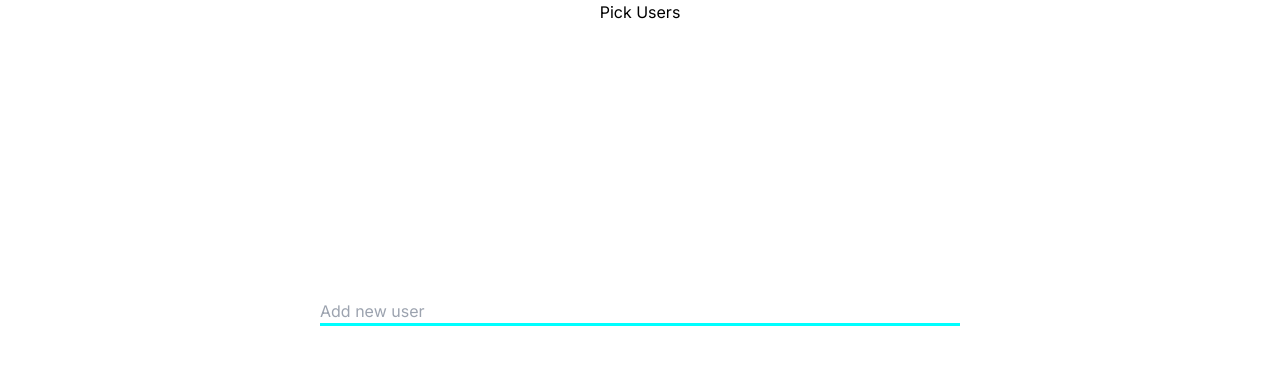
Repository: drumsmanku/chip-app
Page: /
An editor plug-in stored every save of this project. The page is shown before and after the next save, followed by the edit.
The browser window is 1280 px wide. The pictures show the whole page.
The project was rebuilt for these pictures with package versions that can differ from the ones it lists, and the page was loaded fresh each time. The framework's server and built-in components were replaced by stand-ins that run in the browser. Also part of the build but not shown: next.config.js, components/Chip/Chip.module.css, components/Chip/Chip.tsx.

Above is the page before, as saved 2024-01-16 22:06:16.

### app/page.tsx
import Image from 'next/image'
import HomePage from '@/pages/HomePage'

export default function Home() {
  return (
    <main className="flex h-[100vh]  flex-col items-center  bg-white text-black">
      <HomePage/>
    </main>
  )
}

### pages/HomePage.tsx
import React from 'react';
import ChipInput from '@/components/ChipInput/ChipInput';


const HomePage: React.FC = () => {
  const availableSuggestions = ["Alice", "Bob", "Charlie", "Dave"];
  const availableEmails = ["alice@gmail.com", "bob@gmail.com", "charlie@gmail.com", "dave@gmail.com"];
  return (
    <div className=' w-[100%] h-[100%] text-center '>
      <h1>Pick Users</h1>
      <ChipInput availableSuggestions={availableSuggestions} availableEmails={availableEmails}/>
    </div>
  );
};

export default HomePage;

### components/ChipInput/ChipInput.tsx
"use client";
import React, { useState } from 'react';
import Chip from '../Chip/Chip';
import styles from './ChipInput.module.css';

interface ChipInputProps {
  availableSuggestions: string[];
  availableEmails: string[];
}

const ChipInput: React.FC<ChipInputProps> = ({ availableSuggestions, availableEmails }) => {
  const [chips, setChips] = useState<string[]>([]);
  const [input, setInput] = useState('');
  const [filteredSuggestions, setFilteredSuggestions] = useState<string[]>(availableSuggestions);
  const [highlightedChipIndex, setHighlightedChipIndex] = useState<number | null>(null);
  const [isInputFocused, setInputFocused] = useState(false);
  const [isSelectingSuggestion, setSelectingSuggestion] = useState(false);


  const handleInputChange = (e: React.ChangeEvent<HTMLInputElement>) => {
    const value = e.target.value;
    setInput(value);
    setFilteredSuggestions(availableSuggestions.filter(s => s.toLowerCase().includes(value.toLowerCase()) && !chips.includes(s)));
    setHighlightedChipIndex(null);
  };

  const handleDeleteChip = (chipToDelete: string) => {
    setChips(chips.filter(chip => chip !== chipToDelete));
    setFilteredSuggestions([chipToDelete, ...filteredSuggestions]);

  };

  const handleSelectSuggestion = (suggestion: string) => {
    if (!chips.includes(suggestion)) {
      setChips([...chips, suggestion]);
      setInput('');
      setFilteredSuggestions(filteredSuggestions.filter(s => s !== suggestion));
      setHighlightedChipIndex(null);
    }
  };

  const handleKeyDown = (e: React.KeyboardEvent) => {
    if (e.key === 'Backspace' && input === '') {
      if (highlightedChipIndex === null) {
        setHighlightedChipIndex(chips.length - 1);
      } else if (highlightedChipIndex === chips.length - 1) {
        const chipToRemove = chips[highlightedChipIndex];
        handleDeleteChip(chipToRemove);
      }
    }
  };

  return (
    <div className={styles.chipInput}>
      <div className={styles.chipContainer}>
        {chips.map((chip, index) => (
          <Chip
            key={index}
            label={chip}
            onDelete={() => handleDeleteChip(chip)}
            isHighlighted={index === highlightedChipIndex}
          />
        ))}
        <input
          type="text"
          className={styles.input}
          value={input}
          onChange={handleInputChange}
          onKeyDown={handleKeyDown}
          placeholder='Add new user'
          onFocus={() => {
            setInputFocused(true);
            setFilteredSuggestions(
              availableSuggestions.filter(s =>
                s.toLowerCase().includes(input.toLowerCase()) && !chips.includes(s)
              )
            );
          }}
          onBlur={() => {
            // Only hide suggestions if a suggestion is not currently being selected.
            if (!isSelectingSuggestion) {
              setInputFocused(false);
            }
            setHighlightedChipIndex(null);
          }}
        />


      </div>
      {isInputFocused && filteredSuggestions.length > 0 && (
        <div className={styles.suggestions}>
          {filteredSuggestions.map((suggestion, index) => (
            <div
            key={index}
            className={styles.suggestionItem}
            onMouseDown={() => {
              setSelectingSuggestion(true); // Set this before focusing the input
            }}
            onClick={() => {
              handleSelectSuggestion(suggestion);
              setInputFocused(true);
              setSelectingSuggestion(false); // Reset after the suggestion is selected
            }}
          >
            {suggestion}

          </div>

          ))}
        </div>
      )}

    </div>
  );
};

export default ChipInput;

### components/ChipInput/ChipInput.module.css
.chipInput{
  color: black;
  height: 80%;
  width: 100%;
  display: flex;
  flex-direction: column;
  justify-content: center;
  align-items: center;
}

.chipContainer{
  width: 50%;

  display: flex;
  justify-content: flex-start;
  align-items: center;
  border-bottom: 3px solid cyan;
}

.input{
  outline: none;
  border-top: none;
  border-left: none;
  border-right: none;

  width: 50%;
}

.suggestions{

  height: 40%;
  margin: 0 auto;
  background-color: white;
  border-radius: 8px;
  z-index: 1;
  box-shadow: 0px 0px 10px #DEDEDE;
  transition: 0.5s;
  width:  30%;
  overflow: auto;


}
.suggestionItem{
  height: 15%;
  display: flex;
  flex-direction: column;
  justify-content: center;
  align-items: flex-start;
}
.suggestionItem:hover{
  background-color: #DEDEDE;
}

Loaded but not shown: app/layout.tsx (common file); app/globals.css (common file); tailwind.config.ts (common file)

After the next save:
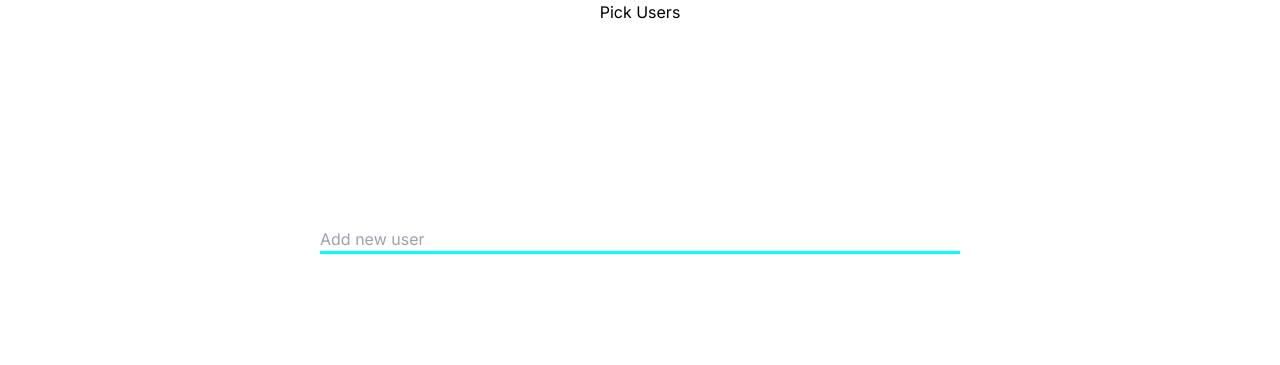
Saved 10 s later.
--- a/components/ChipInput/ChipInput.module.css
+++ b/components/ChipInput/ChipInput.module.css
@@ -1,6 +1,6 @@
 .chipInput{
   color: black;
-  height: 80%;
+  height: 60%;
   width: 100%;
   display: flex;
   flex-direction: column;
